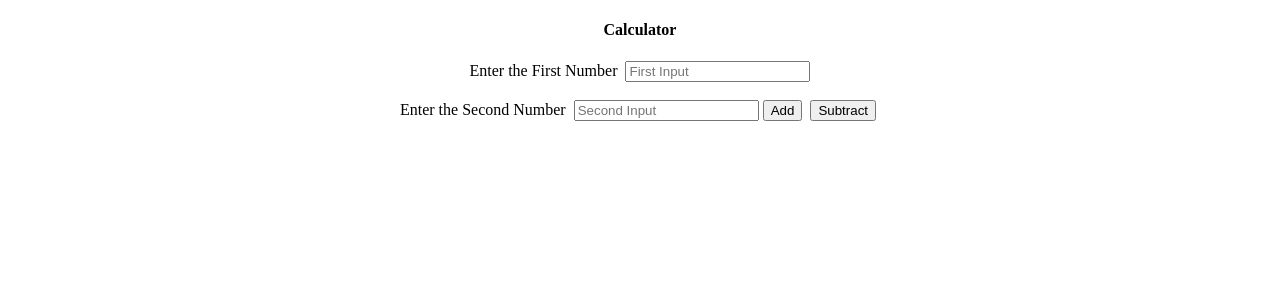
Repository: Shreyash1107/Intern_Projects
Page: Calculator/src/main/webapp/Calculator.html
The author's editor kept a copy of each file at every save. The page is drawn from the files as they stood at one save, then again after a run of saves.
The browser window is 1280 px wide. The pictures show the whole page.

Above is the page before, as saved 2024-07-03 10:12:03.

After the next 2 saves:
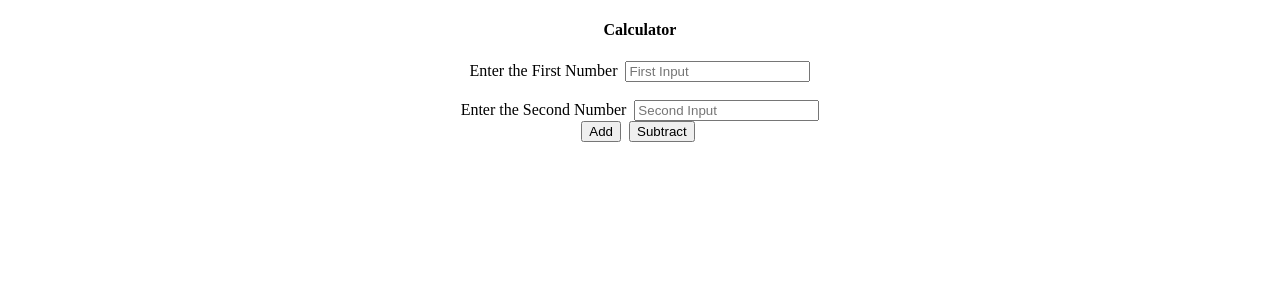
The 2 saves are shown as one change because they came seconds apart.
The last was saved 8 s later.
--- a/Calculator/src/main/webapp/Calculator.html
+++ b/Calculator/src/main/webapp/Calculator.html
@@ -19,7 +19,9 @@
 						<td>Enter the Second Number</td>&nbsp;
 						<td><input type="number" name="Second" value="" placeholder="Second Input"</td>
 					</tr>
+					<div class="Result">
 
+					</div>
 					<input type="submit" name="a" value="Add">&nbsp;
 					<input type="submit" name="b" value="Subtract">&nbsp;
 			</div>
